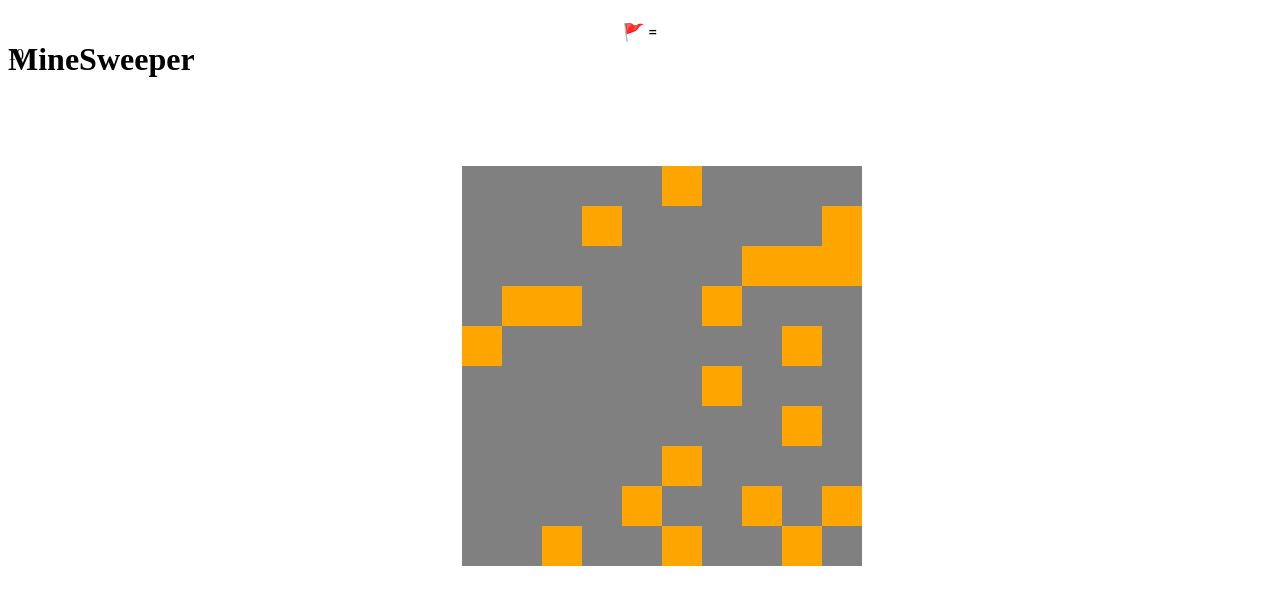
Repository: issaRan/MineSweeper
Page: html/index.html
An editor plug-in stored every save of this project. The page is shown before and after the next save, followed by the edit.
The browser window is 1280 px wide. The pictures show the whole page.

Above is the page before, as saved 2020-10-23 16:08:21.

### html/index.html
<!DOCTYPE html>
<html lang="en">
<head>
    <meta charset="UTF-8">
    <meta name="viewport" content="width=device-width, initial-scale=1.0">
    <title>MineSweeper</title>
    <link rel="stylesheet" href="../css/styles.css">
    <script src="../js/index.js" charset="utf-8"></script>
</head>
<body>
  <h1>MineSweeper</h1>
  <div class="flags">🚩 = </div><div class="numOfFlag">10</div>
  <div class="grid"></div>
</body>
</html>

### css/styles.css
.grid {
    height: 400px;
    width: 400px;
    display: flex;
    flex-wrap: wrap;
    background-color: grey;
    position: absolute;
    top: 30%;
    left: 40%;
    margin-top: -50px;
    margin-left: -50px;
    border:1px solid 1px
}
h1{
    position: absolute;
    text-align: center;
}
.grid div {
    height: 40px;
    width: 40px;
}
.flags {
    margin-top: 20px;
    background-color: #ffffff;
    color: #000000;
    font-family: "Roboto", sans-serif;
    font-size: 17px;
    text-align: center;
    line-height: 1.5em;
}
.bomb {
    background-color: orange;
}
.checked{
    background-color: red;
}

### js/index.js
document.addEventListener('DOMContentLoaded',()=>{
    const grid = document.querySelector('.grid')
    let width = 10
    let flag = 0
    let squares = []
    let isGameOver = false
    let bombAamount = 20
    function createBoard(){
        const bombArray = Array(bombAamount).fill('bomb')
        const emptyArray = Array(width*width - bombAamount).fill('valid')
        const gameArray = emptyArray.concat(bombArray)
        const shuffledArray = gameArray.sort(()=> Math.random() -0.5)
        for(let i = 0; i < width*width;i++){
            const sqaure = document.createElement('div')
            sqaure.setAttribute('id',i)
            sqaure.classList.add(shuffledArray[i])
            grid.appendChild(sqaure)
            squares.push(sqaure)
            sqaure.addEventListener('click',(e)=>{
                click(sqaure)
            })
            sqaure.oncontextmenu = function(e){
                e.preventDefault()
                addFlag(sqaure)
            }
        }
        for (let i = 0; i < squares.length; i++) {
            let total = 0
            const isLeftEdge = (i % width === 0)
            const isRightEdge = (i % width === width -1)

            if (squares[i].classList.contains('valid')) {
              if (i > 0 && !isLeftEdge && squares[i -1].classList.contains('bomb')) total ++
              if (i > 9 && !isRightEdge && squares[i + 1 -width].classList.contains('bomb')) total ++
              if (i > 10 && squares[i -width].classList.contains('bomb')) total ++
              if (i > 11 && !isLeftEdge && squares[i -1 -width].classList.contains('bomb')) total ++
              if (i < 98 && !isRightEdge && squares[i +1].classList.contains('bomb')) total ++
              if (i < 90 && !isLeftEdge && squares[i -1 +width].classList.contains('bomb')) total ++
              if (i < 88 && !isRightEdge && squares[i +1 +width].classList.contains('bomb')) total ++
              if (i < 89 && squares[i +width].classList.contains('bomb')) total ++
              squares[i].setAttribute('data', total)
            }
        }
    }
    createBoard()
    function click(square){
        let currentId = square.id
        if(isGameOver) return
        if(square.classList.contains('checked') || square.classList.contains('flag')){
            return
        }
        if(square.classList.contains('bomb')){
            gameOver(square)
        }else{
            let total = square.getAttribute('data')
            if(total != 0){
                square.classList.add('checked')
                square.innerHTML = total
                return
            }
            checkSquare(square,currentId)
        }
        square.classList.add('checked')

    }
    function checkSquare(square,currentId){
        const isLeftEdge = (currentId % width === 0)
        const isRightEdge = (currentId % width === width -1)
        setTimeout(()=>{
            if (currentId > 0 && !isLeftEdge) {
                const newId = squares[parseInt(currentId) -1].id
                //const newId = parseInt(currentId) - 1   ....refactor
                const newSquare = document.getElementById(newId)
                click(newSquare)
              }
              if (currentId > 9 && !isRightEdge) {
                const newId = squares[parseInt(currentId) +1 -width].id
                //const newId = parseInt(currentId) +1 -width   ....refactor
                const newSquare = document.getElementById(newId)
                click(newSquare)
              }
              if (currentId > 10) {
                const newId = squares[parseInt(currentId -width)].id
                const newSquare = document.getElementById(newId)
                click(newSquare)
              }
              if (currentId > 11 && !isLeftEdge) {
                const newId = squares[parseInt(currentId) -1 -width].id

                const newSquare = document.getElementById(newId)
                click(newSquare)
              }
              if (currentId < 98 && !isRightEdge) {
                const newId = squares[parseInt(currentId) +1].id
                const newSquare = document.getElementById(newId)
                click(newSquare)
              }
              if (currentId < 90 && !isLeftEdge) {
                const newId = squares[parseInt(currentId) -1 +width].id
                const newSquare = document.getElementById(newId)
                click(newSquare)
              }
              if (currentId < 88 && !isRightEdge) {
                const newId = squares[parseInt(currentId) +1 +width].id
                const newSquare = document.getElementById(newId)
                click(newSquare)
              }
              if (currentId < 89) {
                const newId = squares[parseInt(currentId) +width].id
                const newSquare = document.getElementById(newId)
                click(newSquare)
              }
        },10)
    }
    function gameOver(square){
        console.log("Boom !")
        isGameOver = true
        squares.forEach(square=> {
            if(square.classList.contains('bomb')){
                square.innerHTML = '💣'
            }
        })
    }
    function addFlag(square){
        if(isGameOver) return
        if(!square.classList.contains('checked') && (flag < bombAamount)) {
            if(!square.classList.contains('flag')){
                square.classList.add('flag')
                square.innerHTML = ' 🚩'
                checkForWin()
                flag++;
            }else{
                square.classList.remove('flag')
                square.innerHTML = ''
                flag--;
            }
        }
    }
    function checkForWin(){
        let matches = 0
        for(let i = 0; i < squares.length;i++){
            if(squares[i].classList.contains('flag') && squares[i].classList.contains('bomb')){
                matches++
            }
            if(matches == bombAamount){
                isGameOver = true
                console.log('You Win !')
            }
        }
    }
})

After the next save:
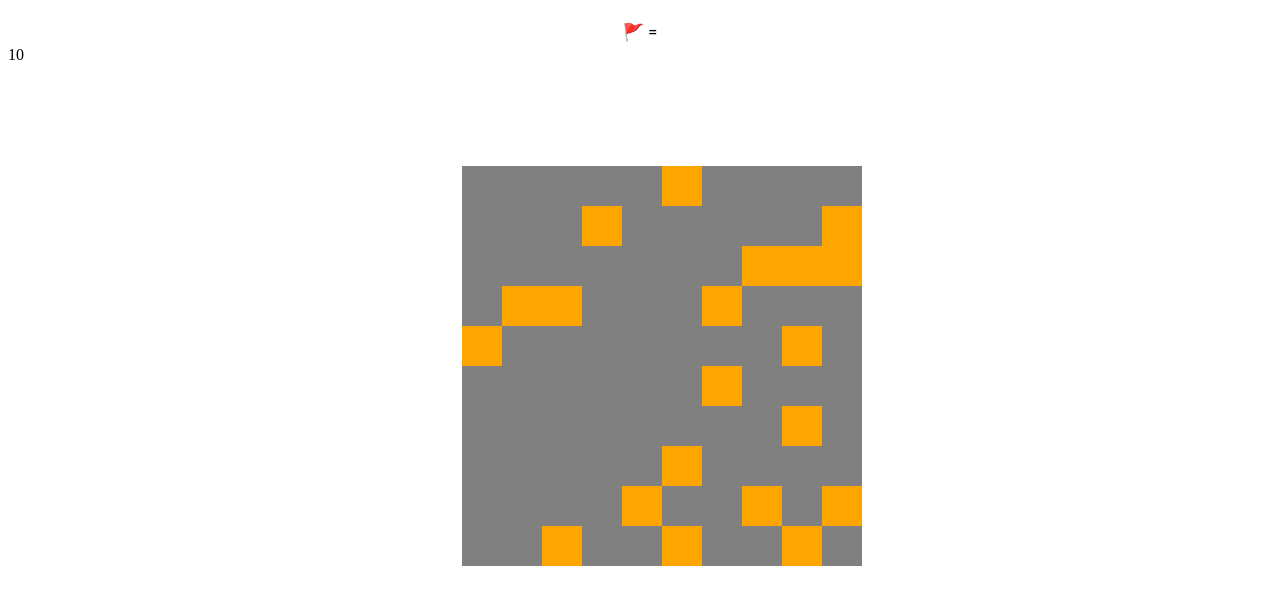
Saved 7 s later.
--- a/html/index.html
+++ b/html/index.html
@@ -8,7 +8,6 @@
     <script src="../js/index.js" charset="utf-8"></script>
 </head>
 <body>
-  <h1>MineSweeper</h1>
   <div class="flags">🚩 = </div><div class="numOfFlag">10</div>
   <div class="grid"></div>
 </body>
